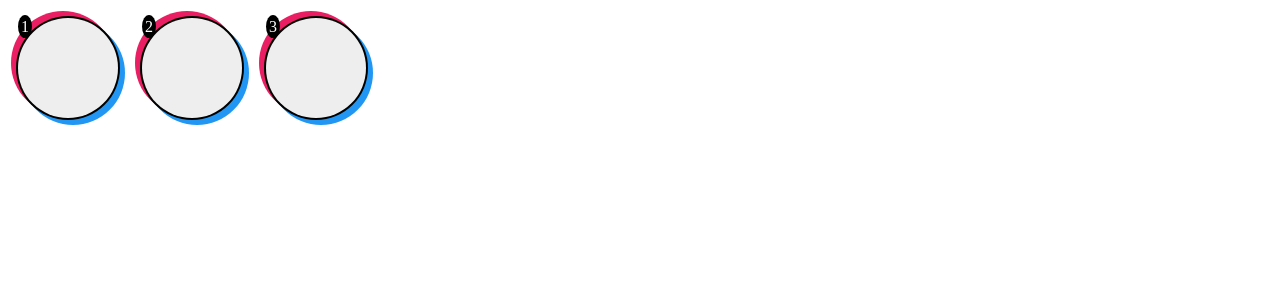
Repository: Body789/CSS_ELZERO
Page: Assignments/Assigmennt_10/Assignment_1/index.html
The author's editor kept a copy of each file at every save. The page is drawn from the files as they stood at one save, then again after the next save.
The browser window is 1280 px wide. The pictures show the whole page.

Above is the page before, as saved 2022-09-18 12:15:13.

### Assignments/Assigmennt_10/Assignment_1/index.html
<!DOCTYPE html>
<html lang="en">
<head>
  <meta charset="UTF-8">
  <title>Ass_10_1</title>
  <link rel="stylesheet" href="Css/style.css">
</head>
<body>
  <div></div>
  <div></div>
  <div></div>
</body>
</html>

### Assignments/Assigmennt_10/Assignment_1/Css/style.css
/* * {
  -webkit-box-sizing: border-box;
  -moz-box-sizing: border-box;
  box-sizing: border-box;
} */

div {
  box-shadow:
    0px 0px 0px 2px black,
    -5px -5px 0px 2px #e91e63,
    5px 5px 0px 2px #2196f3;
  width: 100px;
  height: 100px;
  display: inline-block;
  background-color: #eee;
  border-radius: 50px;
  margin: 10px;
  counter-increment: num;
}

div::after {
  content: counter(num);
  color: white;
  background-color: black;
  /* width: 10px;
  height: 10px; */
  padding: 5px 10px;
  border-radius: 50%;
  padding: 3px;
}

After the next save:
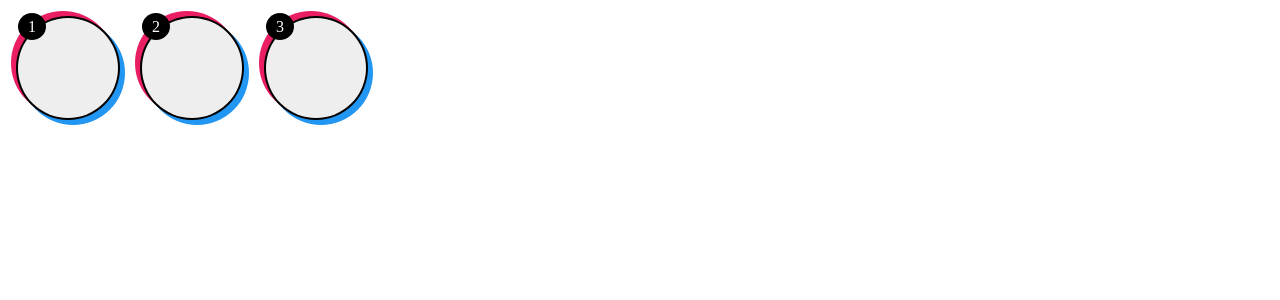
Saved 46 s later.
--- a/Assignments/Assigmennt_10/Assignment_1/Css/style.css
+++ b/Assignments/Assigmennt_10/Assignment_1/Css/style.css
@@ -1,8 +1,8 @@
-/* * {
+* {
   -webkit-box-sizing: border-box;
   -moz-box-sizing: border-box;
   box-sizing: border-box;
-} */
+}
 
 div {
   box-shadow:
@@ -26,5 +26,4 @@ div::after {
   height: 10px; */
   padding: 5px 10px;
   border-radius: 50%;
-  padding: 3px;
 }
